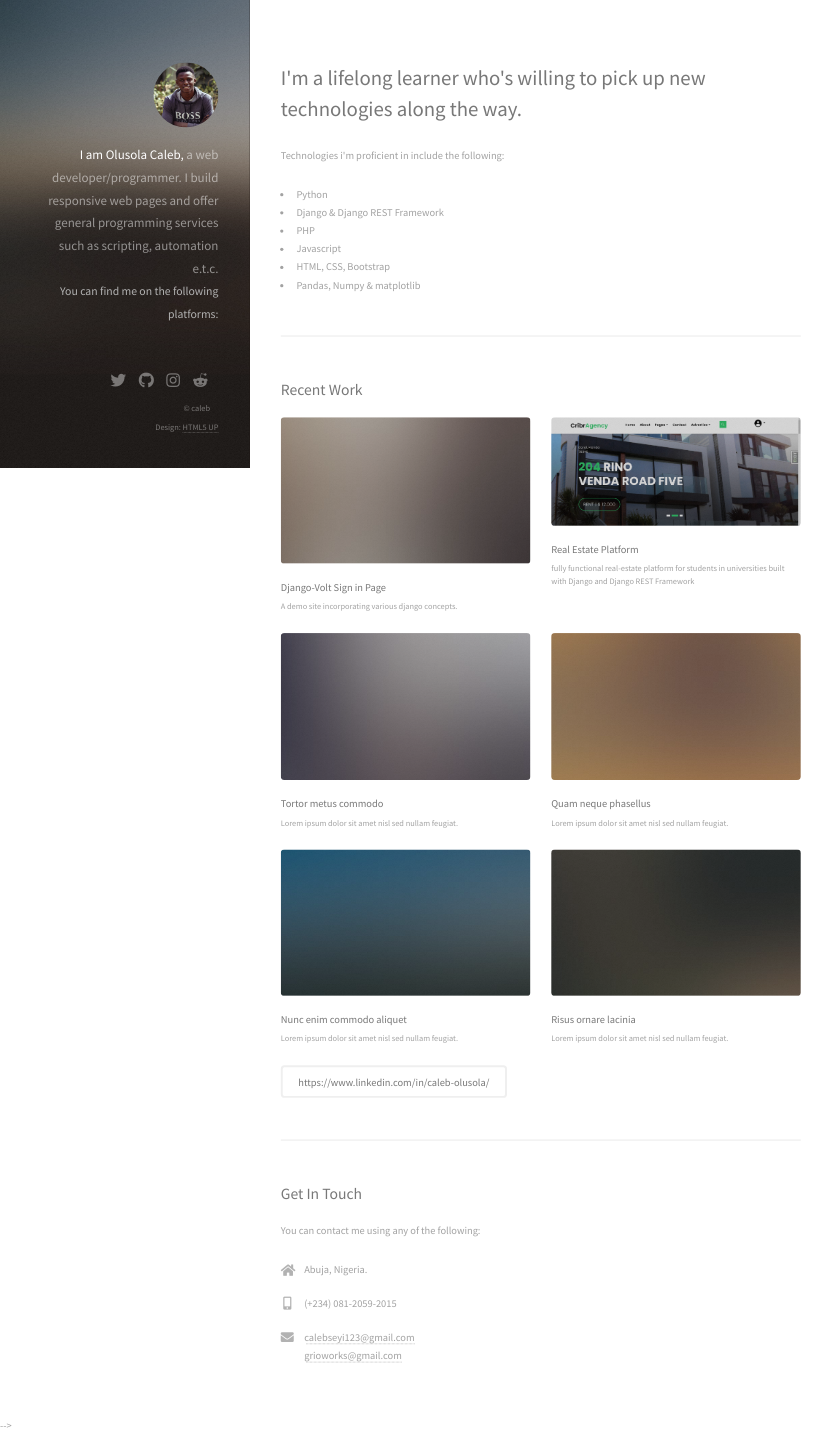
Repository: Caleb40/Caleb40.github.io
Page: index.html
The author's editor kept a copy of each file at every save. The page is drawn from the files as they stood at one save, then again after the next save.
The browser window is 1280 px wide. The pictures show the whole page, at 65% of full size.

Above is the page before, as saved 2022-07-13 00:23:18.

### index.html
<!DOCTYPE HTML>
<html lang="en">

<head>
	<title>Olusola Caleb O.</title>
	<meta charset="utf-8" />
	<meta name="viewport" content="width=device-width, initial-scale=1, user-scalable=no" />
	<link rel="stylesheet" href="assets/css/main.css" />
</head>

<body class="is-preload">

	<!-- Header -->
	<header id="header">
		<div class="inner">
			<a href="#" class="image avatar"><img src="images/Photo_1607349133627.jpg" alt="profile" height="100px" width="100px" /></a>
			<h1 id="desc"><strong>I am Olusola Caleb,</strong><br> a web developer/programmer.<br />
				I build responsive web pages and offer general programming services such as scripting, automation e.t.c.
				<p id="findme">You can find me on <br> the following platforms:</p>
			</h1>

		</div>
	</header>

	<!-- Main -->
	<div id="main">

		<!-- One -->
		<section id="one">
			<header class="major">
				<h2>I'm a lifelong learner who's willing to pick up new technologies along the way.</h2>
			</header>
			<p>Technologies i'm proficient in include the following: </p>
			<ul>
				<li>Python</li>
				<li>Django & Django REST Framework</li>
				<li>PHP</li>
				<li>Javascript</li>
				<li>HTML, CSS, Bootstrap</li>
				<li>Pandas, Numpy & matplotlib</li>

			</ul>
			<!-- <ul class="actions">
				<li><a href="#" class="button">Learn More</a></li>
			</ul> -->
		</section>

		<!-- Two -->
		<section id="two">
			<h2>Recent Work</h2>
			<div class="row">
				<article class="col-6 col-12-xsmall work-item">
					<a href="images/portfolio/20220712_184121.png" class="image fit thumb"><img src="images/thumbs/01.jpg" alt="" /></a>
					<h3>Django-Volt Sign in Page</h3>
					<p>A demo site incorporating various django concepts.</p>
				</article>
				<article class="col-6 col-12-xsmall work-item">
					<a href="images/por" class="image fit thumb"><img src="images/portfolio/20220712_184159.png"/></a>
					<h3>Real Estate Platform</h3>
					<p>fully functional real-estate platform for students in universities built with Django and Django REST Framework</p>
				</article>
				<article class="col-6 col-12-xsmall work-item">
					<a href="images/fulls/03.jpg" class="image fit thumb"><img src="images/thumbs/03.jpg" alt="" /></a>
					<h3>Tortor metus commodo</h3>
					<p>Lorem ipsum dolor sit amet nisl sed nullam feugiat.</p>
				</article>
				<article class="col-6 col-12-xsmall work-item">
					<a href="images/fulls/04.jpg" class="image fit thumb"><img src="images/thumbs/04.jpg" alt="" /></a>
					<h3>Quam neque phasellus</h3>
					<p>Lorem ipsum dolor sit amet nisl sed nullam feugiat.</p>
				</article>
				<article class="col-6 col-12-xsmall work-item">
					<a href="images/fulls/05.jpg" class="image fit thumb"><img src="images/thumbs/05.jpg" alt="" /></a>
					<h3>Nunc enim commodo aliquet</h3>
					<p>Lorem ipsum dolor sit amet nisl sed nullam feugiat.</p>
				</article>
				<article class="col-6 col-12-xsmall work-item">
					<a href="images/fulls/06.jpg" class="image fit thumb"><img src="images/thumbs/06.jpg" alt="" /></a>
					<h3>Risus ornare lacinia</h3>
					<p>Lorem ipsum dolor sit amet nisl sed nullam feugiat.</p>
				</article>
			</div>
			<ul class="actions">
				<li><a href="#" class="button">https://www.linkedin.com/in/caleb-olusola/</a></li>
			</ul>
		</section>

		<!-- Three -->
		<section id="three">
			<h2>Get In Touch</h2>
			<p>You can contact me using any of the following:</p>
			<div class="row">
				<!-- <div class="col-8 col-12-small">
					<form method="post" action="#">
						<div class="row gtr-uniform gtr-50">
							<div class="col-6 col-12-xsmall"><input type="text" name="name" id="name"
									placeholder="Name" /></div>
							<div class="col-6 col-12-xsmall"><input type="email" name="email" id="email"
									placeholder="Email" /></div>
							<div class="col-12"><textarea name="message" id="message" placeholder="Message"
									rows="4"></textarea></div>
						</div>
					</form>
					<ul class="actions">
						<li><input type="submit" value="Send Message" /></li>
					</ul>

				</div> -->
				<div class="col-4 col-12-small">
					<ul class="labeled-icons">
						<li>
							<h3 class="icon solid fa-home"><span class="label">Address</span></h3>
							Abuja,
							Nigeria.<br>
						</li>
						<li>
							<h3 class="icon solid fa-mobile-alt"><span class="label">Phone</span></h3>
						(+234) 081-2059-2015
						</li>
						<li>
							<h3 class="icon solid fa-envelope"><span class="label">Email</span></h3>
							<a href="">calebseyi123@gmail.com <br> grioworks@gmail.com</a>
						</li>
					</ul>
				</div>
			</div>
		</section>

		<!-- Four -->

					<!-- <section id="four">
						<h2>Elements</h2>

						<section>
							<h4>Text</h4>
							<p>This is <b>bold</b> and this is <strong>strong</strong>. This is <i>italic</i> and this is <em>emphasized</em>.
							This is <sup>superscript</sup> text and this is <sub>subscript</sub> text.
							This is <u>underlined</u> and this is code: <code>for (;;) { ... }</code>. Finally, <a href="#">this is a link</a>.</p>
							<hr />
							<header>
								<h4>Heading with a Subtitle</h4>
								<p>Lorem ipsum dolor sit amet nullam id egestas urna aliquam</p>
							</header>
							<p>Nunc lacinia ante nunc ac lobortis. Interdum adipiscing gravida odio porttitor sem non mi integer non faucibus ornare mi ut ante amet placerat aliquet. Volutpat eu sed ante lacinia sapien lorem accumsan varius montes viverra nibh in adipiscing blandit tempus accumsan.</p>
							<header>
								<h5>Heading with a Subtitle</h5>
								<p>Lorem ipsum dolor sit amet nullam id egestas urna aliquam</p>
							</header>
							<p>Nunc lacinia ante nunc ac lobortis. Interdum adipiscing gravida odio porttitor sem non mi integer non faucibus ornare mi ut ante amet placerat aliquet. Volutpat eu sed ante lacinia sapien lorem accumsan varius montes viverra nibh in adipiscing blandit tempus accumsan.</p>
							<hr />
							<h2>Heading Level 2</h2>
							<h3>Heading Level 3</h3>
							<h4>Heading Level 4</h4>
							<h5>Heading Level 5</h5>
							<h6>Heading Level 6</h6>
							<hr />
							<h5>Blockquote</h5>
							<blockquote>Fringilla nisl. Donec accumsan interdum nisi, quis tincidunt felis sagittis eget tempus euismod. Vestibulum ante ipsum primis in faucibus vestibulum. Blandit adipiscing eu felis iaculis volutpat ac adipiscing accumsan faucibus. Vestibulum ante ipsum primis in faucibus lorem ipsum dolor sit amet nullam adipiscing eu felis.</blockquote>
							<h5>Preformatted</h5>
							<pre><code>i = 0;

while (!deck.isInOrder()) {
print 'Iteration ' + i;
deck.shuffle();
i++;
}

print 'It took ' + i + ' iterations to sort the deck.';</code></pre>
						</section>

						<section>
							<h4>Lists</h4>
							<div class="row">
								<div class="col-6 col-12-xsmall">
									<h5>Unordered</h5>
									<ul>
										<li>Dolor pulvinar etiam magna etiam.</li>
										<li>Sagittis adipiscing lorem eleifend.</li>
										<li>Felis enim feugiat dolore viverra.</li>
									</ul>
									<h5>Alternate</h5>
									<ul class="alt">
										<li>Dolor pulvinar etiam magna etiam.</li>
										<li>Sagittis adipiscing lorem eleifend.</li>
										<li>Felis enim feugiat dolore viverra.</li>
									</ul>
								</div>
								<div class="col-6 col-12-xsmall">
									<h5>Ordered</h5>
									<ol>
										<li>Dolor pulvinar etiam magna etiam.</li>
										<li>Etiam vel felis at lorem sed viverra.</li>
										<li>Felis enim feugiat dolore viverra.</li>
										<li>Dolor pulvinar etiam magna etiam.</li>
										<li>Etiam vel felis at lorem sed viverra.</li>
										<li>Felis enim feugiat dolore viverra.</li>
									</ol>
									<h5>Icons</h5>
									<ul class="icons">
										<li><a href="#" class="icon brands fa-twitter"><span class="label">Twitter</span></a></li>
										<li><a href="#" class="icon brands fa-facebook-f"><span class="label">Facebook</span></a></li>
										<li><a href="#" class="icon brands fa-instagram"><span class="label">Instagram</span></a></li>
										<li><a href="#" class="icon brands fa-github"><span class="label">Github</span></a></li>
										<li><a href="#" class="icon brands fa-dribbble"><span class="label">Dribbble</span></a></li>
										<li><a href="#" class="icon brands fa-tumblr"><span class="label">Tumblr</span></a></li>
									</ul>
								</div>
							</div>
							<h5>Actions</h5>
							<ul class="actions">
								<li><a href="#" class="button primary">Default</a></li>
								<li><a href="#" class="button">Default</a></li>
							</ul>
							<ul class="actions small">
								<li><a href="#" class="button primary small">Small</a></li>
								<li><a href="#" class="button small">Small</a></li>
							</ul>
							<div class="row">
								<div class="col-6 col-12-small">
									<ul class="actions stacked">
										<li><a href="#" class="button primary">Default</a></li>
										<li><a href="#" class="button">Default</a></li>
									</ul>
								</div>
								<div class="col-6 col-12-small">
									<ul class="actions stacked">
										<li><a href="#" class="button primary small">Small</a></li>
										<li><a href="#" class="button small">Small</a></li>
									</ul>
								</div>
								<div class="col-6 col-12-small">
									<ul class="actions stacked">
										<li><a href="#" class="button primary fit">Default</a></li>
										<li><a href="#" class="button fit">Default</a></li>
									</ul>
								</div>
								<div class="col-6 col-12-small">
									<ul class="actions stacked">
										<li><a href="#" class="button primary small fit">Small</a></li>
										<li><a href="#" class="button small fit">Small</a></li>
									</ul>
								</div>
							</div>
						</section>

						<section>
							<h4>Table</h4>
							<h5>Default</h5>
							<div class="table-wrapper">
								<table>
									<thead>
										<tr>
											<th>Name</th>
											<th>Description</th>
											<th>Price</th>
										</tr>
									</thead>
									<tbody>
										<tr>
											<td>Item One</td>
											<td>Ante turpis integer aliquet porttitor.</td>
											<td>29.99</td>
										</tr>
										<tr>
											<td>Item Two</td>
											<td>Vis ac commodo adipiscing arcu aliquet.</td>
											<td>19.99</td>
										</tr>
										<tr>
											<td>Item Three</td>
											<td> Morbi faucibus arcu accumsan lorem.</td>
											<td>29.99</td>
										</tr>
										<tr>
											<td>Item Four</td>
											<td>Vitae integer tempus condimentum.</td>
											<td>19.99</td>
										</tr>
										<tr>
											<td>Item Five</td>
											<td>Ante turpis integer aliquet porttitor.</td>
											<td>29.99</td>
										</tr>
									</tbody>
									<tfoot>
										<tr>
											<td colspan="2"></td>
											<td>100.00</td>
										</tr>
									</tfoot>
								</table>
							</div>

							<h5>Alternate</h5>
							<div class="table-wrapper">
								<table class="alt">
									<thead>
										<tr>
											<th>Name</th>
											<th>Description</th>
											<th>Price</th>
										</tr>
									</thead>
									<tbody>
										<tr>
											<td>Item One</td>
											<td>Ante turpis integer aliquet porttitor.</td>
											<td>29.99</td>
										</tr>
										<tr>
											<td>Item Two</td>
											<td>Vis ac commodo adipiscing arcu aliquet.</td>
											<td>19.99</td>
										</tr>
										<tr>
											<td>Item Three</td>
											<td> Morbi faucibus arcu accumsan lorem.</td>
											<td>29.99</td>
										</tr>
										<tr>
											<td>Item Four</td>
											<td>Vitae integer tempus condimentum.</td>
											<td>19.99</td>
										</tr>
										<tr>
											<td>Item Five</td>
											<td>Ante turpis integer aliquet porttitor.</td>
											<td>29.99</td>
										</tr>
									</tbody>
									<tfoot>
										<tr>
											<td colspan="2"></td>
											<td>100.00</td>
										</tr>
									</tfoot>
								</table>
							</div>
						</section>

						<section>
							<h4>Buttons</h4>
							<ul class="actions">
								<li><a href="#" class="button primary">Primary</a></li>
								<li><a href="#" class="button">Default</a></li>
							</ul>
							<ul class="actions">
								<li><a href="#" class="button large">Large</a></li>
								<li><a href="#" class="button">Default</a></li>
								<li><a href="#" class="button small">Small</a></li>
							</ul>
							<ul class="actions fit">
								<li><a href="#" class="button primary fit">Fit</a></li>
								<li><a href="#" class="button fit">Fit</a></li>
							</ul>
							<ul class="actions fit small">
								<li><a href="#" class="button primary fit small">Fit + Small</a></li>
								<li><a href="#" class="button fit small">Fit + Small</a></li>
							</ul>
							<ul class="actions">
								<li><a href="#" class="button primary icon solid fa-download">Icon</a></li>
								<li><a href="#" class="button icon solid fa-download">Icon</a></li>
							</ul>
							<ul class="actions">
								<li><span class="button primary disabled">Primary</span></li>
								<li><span class="button disabled">Default</span></li>
							</ul>
						</section>

						<section>
							<h4>Form</h4>
							<form method="post" action="#">
								<div class="row gtr-uniform gtr-50">
									<div class="col-6 col-12-xsmall">
										<input type="text" name="demo-name" id="demo-name" value="" placeholder="Name" />
									</div>
									<div class="col-6 col-12-xsmall">
										<input type="email" name="demo-email" id="demo-email" value="" placeholder="Email" />
									</div>
									<div class="col-12">
										<select name="demo-category" id="demo-category">
											<option value="">- Category -</option>
											<option value="1">Manufacturing</option>
											<option value="1">Shipping</option>
											<option value="1">Administration</option>
											<option value="1">Human Resources</option>
										</select>
									</div>
									<div class="col-4 col-12-small">
										<input type="radio" id="demo-priority-low" name="demo-priority" checked>
										<label for="demo-priority-low">Low Priority</label>
									</div>
									<div class="col-4 col-12-small">
										<input type="radio" id="demo-priority-normal" name="demo-priority">
										<label for="demo-priority-normal">Normal Priority</label>
									</div>
									<div class="col-4 col-12-small">
										<input type="radio" id="demo-priority-high" name="demo-priority">
										<label for="demo-priority-high">High Priority</label>
									</div>
									<div class="col-6 col-12-small">
										<input type="checkbox" id="demo-copy" name="demo-copy">
										<label for="demo-copy">Email me a copy of this message</label>
									</div>
									<div class="col-6 col-12-small">
										<input type="checkbox" id="demo-human" name="demo-human" checked>
										<label for="demo-human">I am a human and not a robot</label>
									</div>
									<div class="col-12">
										<textarea name="demo-message" id="demo-message" placeholder="Enter your message" rows="6"></textarea>
									</div>
									<div class="col-12">
										<ul class="actions">
											<li><input type="submit" value="Send Message" class="primary" /></li>
											<li><input type="reset" value="Reset" /></li>
										</ul>
									</div>
								</div>
							</form>
						</section>

						<section>
							<h4>Image</h4>
							<h5>Fit</h5>
							<div class="box alt">
								<div class="row gtr-50 gtr-uniform">
									<div class="col-12"><span class="image fit"><img src="images/fulls/05.jpg" alt="" /></span></div>
									<div class="col-4"><span class="image fit"><img src="images/thumbs/01.jpg" alt="" /></span></div>
									<div class="col-4"><span class="image fit"><img src="images/thumbs/02.jpg" alt="" /></span></div>
									<div class="col-4"><span class="image fit"><img src="images/thumbs/03.jpg" alt="" /></span></div>
									<div class="col-4"><span class="image fit"><img src="images/thumbs/04.jpg" alt="" /></span></div>
									<div class="col-4"><span class="image fit"><img src="images/thumbs/05.jpg" alt="" /></span></div>
									<div class="col-4"><span class="image fit"><img src="images/thumbs/06.jpg" alt="" /></span></div>
									<div class="col-4"><span class="image fit"><img src="images/thumbs/03.jpg" alt="" /></span></div>
									<div class="col-4"><span class="image fit"><img src="images/thumbs/02.jpg" alt="" /></span></div>
									<div class="col-4"><span class="image fit"><img src="images/thumbs/01.jpg" alt="" /></span></div>
								</div>
							</div>
							<h5>Left &amp; Right</h5>
							<p><span class="image left"><img src="images/avatar.jpg" alt="" /></span>Fringilla nisl. Donec accumsan interdum nisi, quis tincidunt felis sagittis eget. tempus euismod. Vestibulum ante ipsum primis in faucibus vestibulum. Blandit adipiscing eu felis iaculis volutpat ac adipiscing accumsan eu faucibus. Integer ac pellentesque praesent tincidunt felis sagittis eget. tempus euismod. Vestibulum ante ipsum primis in faucibus vestibulum. Blandit adipiscing eu felis iaculis volutpat ac adipiscing accumsan eu faucibus. Integer ac pellentesque praesent. Donec accumsan interdum nisi, quis tincidunt felis sagittis eget. tempus euismod. Vestibulum ante ipsum primis in faucibus vestibulum. Blandit adipiscing eu felis iaculis volutpat ac adipiscing accumsan eu faucibus. Integer ac pellentesque praesent tincidunt felis sagittis eget. tempus euismod. Vestibulum ante ipsum primis in faucibus vestibulum. Blandit adipiscing eu felis iaculis volutpat ac adipiscing accumsan eu faucibus. Integer ac pellentesque praesent.</p>
							<p><span class="image right"><img src="images/avatar.jpg" alt="" /></span>Fringilla nisl. Donec accumsan interdum nisi, quis tincidunt felis sagittis eget. tempus euismod. Vestibulum ante ipsum primis in faucibus vestibulum. Blandit adipiscing eu felis iaculis volutpat ac adipiscing accumsan eu faucibus. Integer ac pellentesque praesent tincidunt felis sagittis eget. tempus euismod. Vestibulum ante ipsum primis in faucibus vestibulum. Blandit adipiscing eu felis iaculis volutpat ac adipiscing accumsan eu faucibus. Integer ac pellentesque praesent. Donec accumsan interdum nisi, quis tincidunt felis sagittis eget. tempus euismod. Vestibulum ante ipsum primis in faucibus vestibulum. Blandit adipiscing eu felis iaculis volutpat ac adipiscing accumsan eu faucibus. Integer ac pellentesque praesent tincidunt felis sagittis eget. tempus euismod. Vestibulum ante ipsum primis in faucibus vestibulum. Blandit adipiscing eu felis iaculis volutpat ac adipiscing accumsan eu faucibus. Integer ac pellentesque praesent.</p>
						</section>

					</section>
				-->

	</div> -->

	<!-- Footer -->
	<footer id="footer">
		<div class="inner">
			<!-- <p id="phone">Contact: 08120592015</p>
			<p id="email">E-mail: calebseyi123@gmail.com</p> -->
			<ul class="icons">
				<li><a href="https://twitter.com/caleb_mnb" class="icon brands fa-twitter"><span
							class="label">Twitter</span></a></li>
				<li><a href="https://github.com/Caleb40" class="icon brands fa-github"><span
							class="label">Github</span></a></li>
				<li><a href="https://www.instagram.com/itz_calebking/" class="icon brands fa-instagram"><span
							class="label">Instagram</span></a></li>
				<li><a href="https://www.reddit.com/user/caleb_king" class="icon brands fa-reddit-alien"><span
							class="label">Reddit</span></a></li>
				<ul class="copyright">
					<li>&copy; caleb</li>
					<li>Design: <a href="http://html5up.net">HTML5 UP</a></li>
				</ul>

			</ul>
		</div>
	</footer>

	<!-- Scripts -->
	<script src="assets/js/jquery.min.js"></script>
	<script src="assets/js/jquery.poptrox.min.js"></script>
	<script src="assets/js/browser.min.js"></script>
	<script src="assets/js/breakpoints.min.js"></script>
	<script src="assets/js/util.js"></script>
	<script src="assets/js/main.js"></script>

</body>

</html>

Loaded but not shown: assets/js/jquery.min.js (library); assets/js/jquery.poptrox.min.js (library); assets/js/browser.min.js (common file); assets/js/breakpoints.min.js (common file); assets/css/fontawesome-all.min.css (library); assets/js/util.js (587 lines, source omitted); assets/js/main.js (117 lines, source omitted); assets/css/main.css (3241 lines, source omitted)

After the next save:
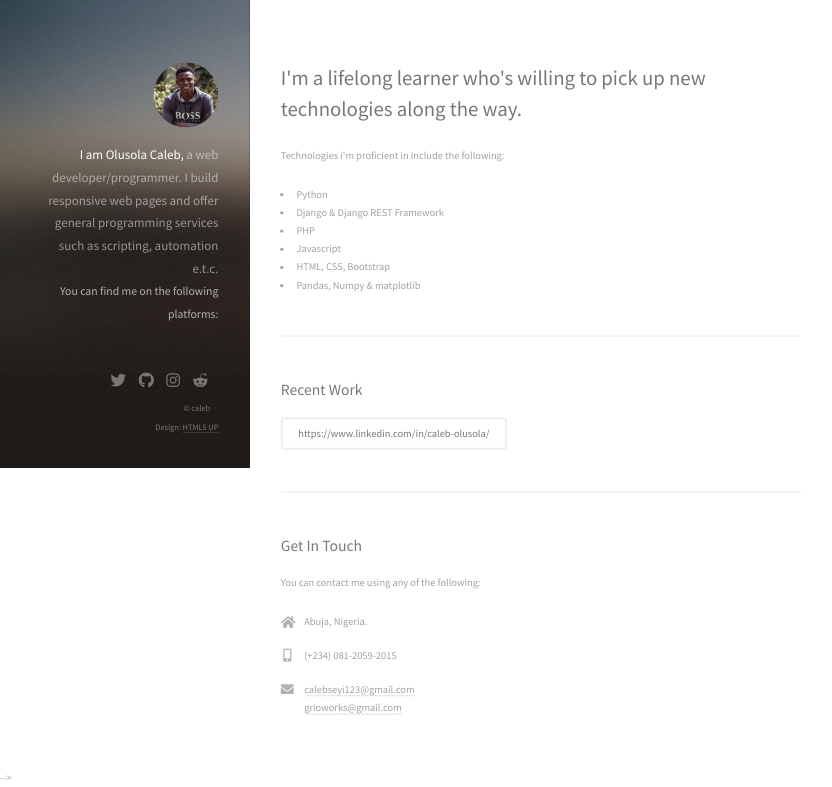
Saved 4 s later.
--- a/index.html
+++ b/index.html
@@ -48,38 +48,7 @@
 		<!-- Two -->
 		<section id="two">
 			<h2>Recent Work</h2>
-			<div class="row">
-				<article class="col-6 col-12-xsmall work-item">
-					<a href="images/portfolio/20220712_184121.png" class="image fit thumb"><img src="images/thumbs/01.jpg" alt="" /></a>
-					<h3>Django-Volt Sign in Page</h3>
-					<p>A demo site incorporating various django concepts.</p>
-				</article>
-				<article class="col-6 col-12-xsmall work-item">
-					<a href="images/por" class="image fit thumb"><img src="images/portfolio/20220712_184159.png"/></a>
-					<h3>Real Estate Platform</h3>
-					<p>fully functional real-estate platform for students in universities built with Django and Django REST Framework</p>
-				</article>
-				<article class="col-6 col-12-xsmall work-item">
-					<a href="images/fulls/03.jpg" class="image fit thumb"><img src="images/thumbs/03.jpg" alt="" /></a>
-					<h3>Tortor metus commodo</h3>
-					<p>Lorem ipsum dolor sit amet nisl sed nullam feugiat.</p>
-				</article>
-				<article class="col-6 col-12-xsmall work-item">
-					<a href="images/fulls/04.jpg" class="image fit thumb"><img src="images/thumbs/04.jpg" alt="" /></a>
-					<h3>Quam neque phasellus</h3>
-					<p>Lorem ipsum dolor sit amet nisl sed nullam feugiat.</p>
-				</article>
-				<article class="col-6 col-12-xsmall work-item">
-					<a href="images/fulls/05.jpg" class="image fit thumb"><img src="images/thumbs/05.jpg" alt="" /></a>
-					<h3>Nunc enim commodo aliquet</h3>
-					<p>Lorem ipsum dolor sit amet nisl sed nullam feugiat.</p>
-				</article>
-				<article class="col-6 col-12-xsmall work-item">
-					<a href="images/fulls/06.jpg" class="image fit thumb"><img src="images/thumbs/06.jpg" alt="" /></a>
-					<h3>Risus ornare lacinia</h3>
-					<p>Lorem ipsum dolor sit amet nisl sed nullam feugiat.</p>
-				</article>
-			</div>
+
 			<ul class="actions">
 				<li><a href="#" class="button">https://www.linkedin.com/in/caleb-olusola/</a></li>
 			</ul>
